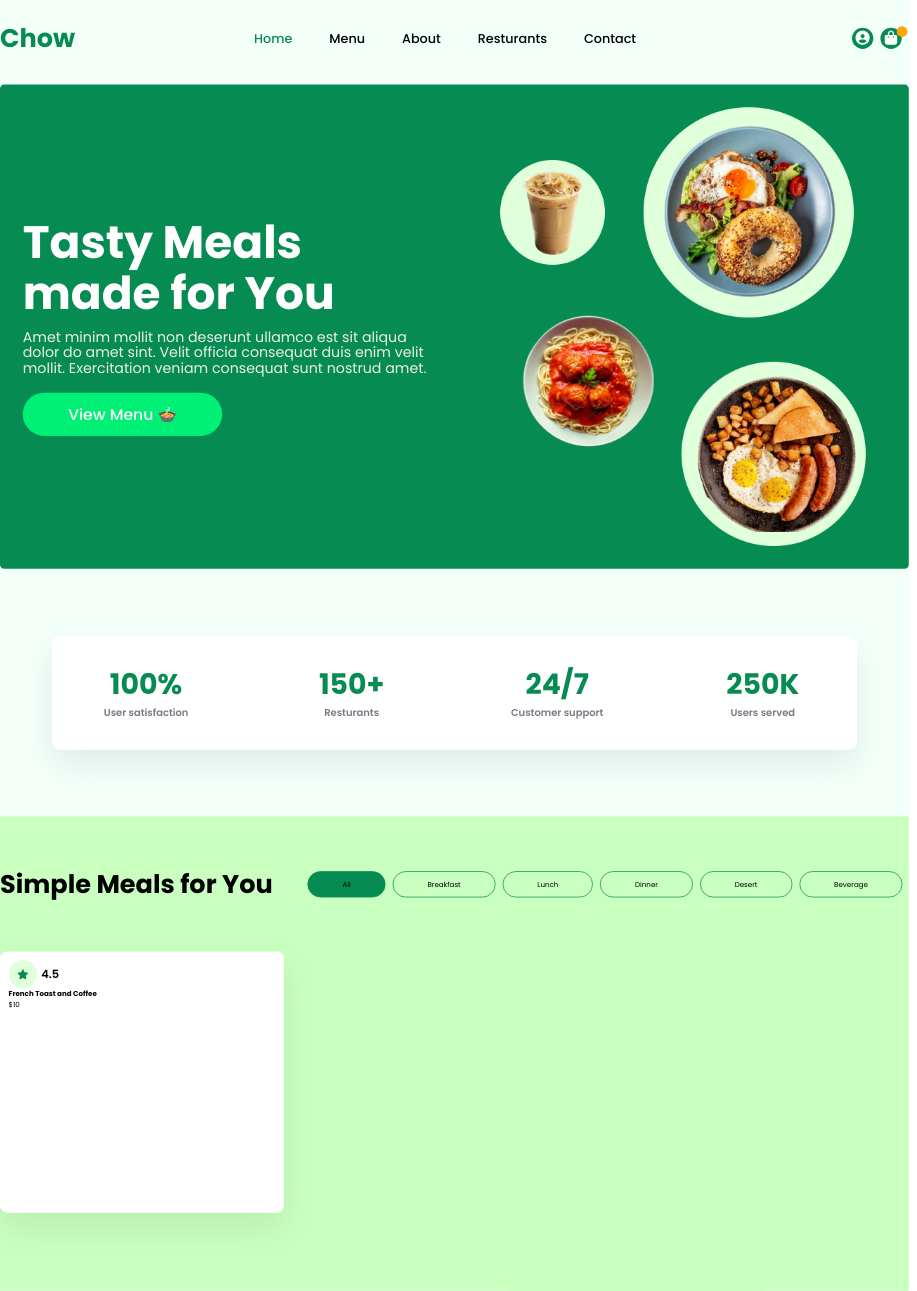
Repository: nguyennam1029/balbal
Page: index.html
An editor plug-in stored every save of this project. The page is shown before and after the next save, followed by the edit.
The browser window is 1280 px wide. The page is 1292 px wide, so the pictures cover 1292 px, including what lies to the right of the window. The pictures show the whole page, at 71% of full size.
Some web libraries are served in a nearby version.

Above is the page before, as saved 2022-07-01 22:22:15.

After the next save:
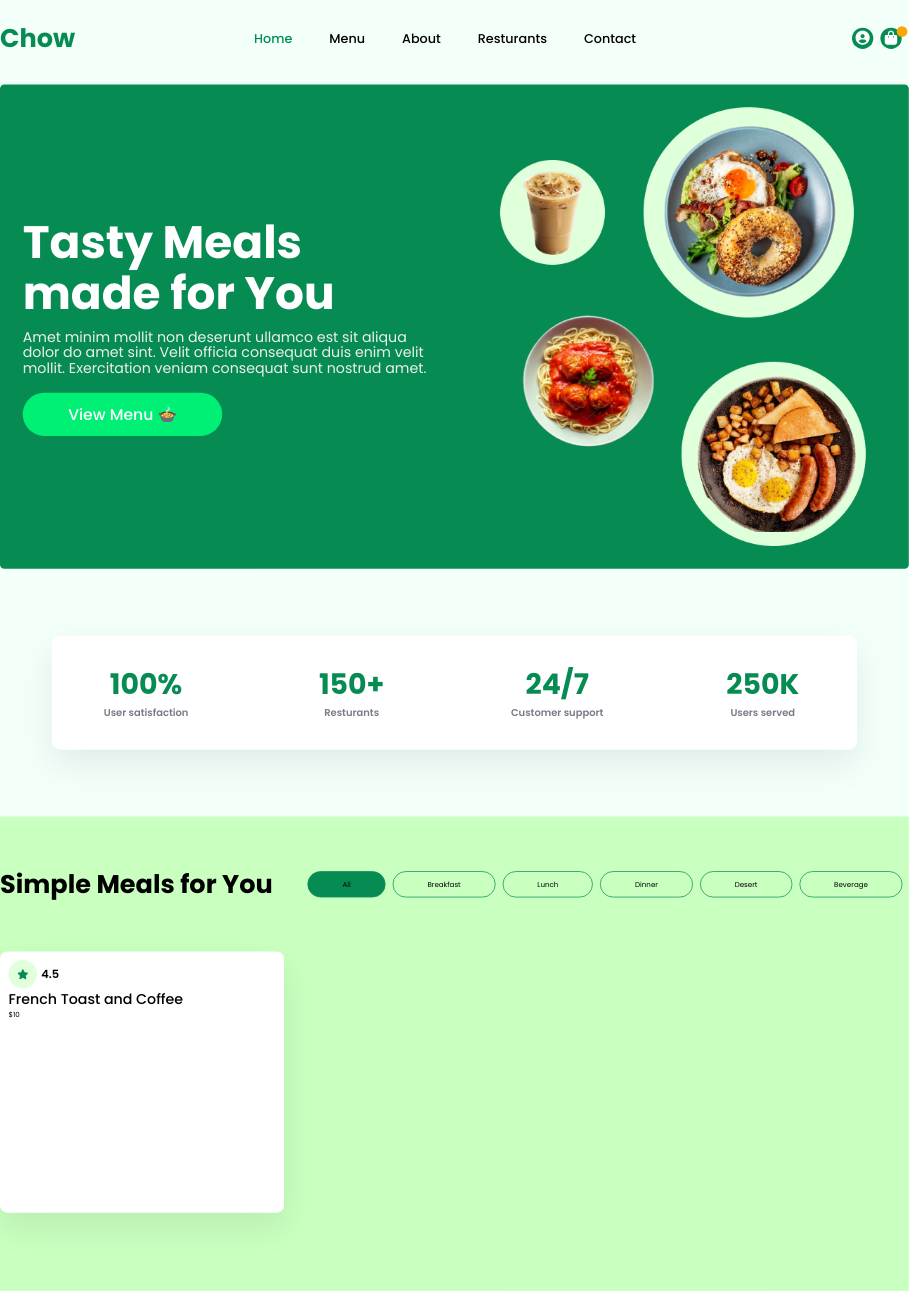
Saved 67 s later.
--- a/css/style.css
+++ b/css/style.css
@@ -315,3 +315,14 @@ ul {
 
     color: #000000;
 }
+
+.product-item--name {
+    font-weight: 500;
+    font-size  : 2rem;
+    line-height: 30px;
+    /* identical to box height */
+
+    font-feature-settings: 'liga'off;
+
+    color: #000000;
+}
